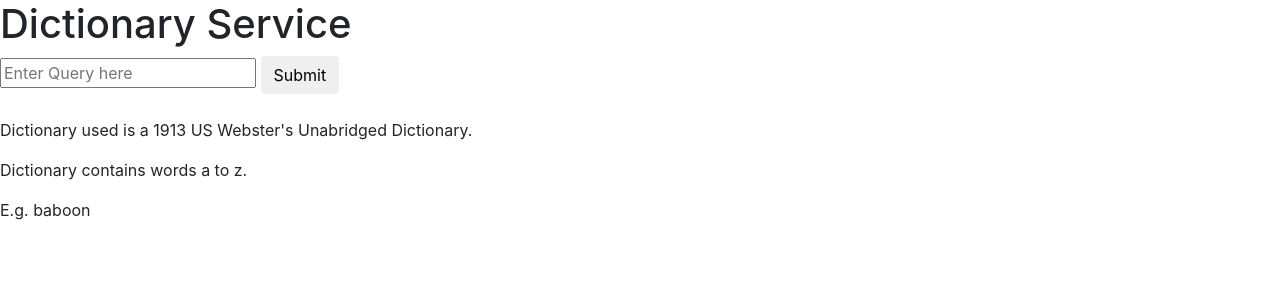
Repository: IanBurke1/AsyncRMI_DictionaryService
Page: http://localhost/AsyncRMI_DictionaryService/index.jsp
The author's editor kept a copy of each file at every save. The page is drawn from the files as they stood at one save, then again after the next save.
The browser window is 1280 px wide. The pictures show the whole page.
The page is served by Tomcat 9. Nobody is signed in. The application's start-up code is not run. Other server files are loaded and not shown.

Above is the page before, as saved 2017-12-22 22:50:02.

### AsyncRMI_DictionaryService/WebContent/index.jsp
<%@ page language="java" contentType="text/html; charset=ISO-8859-1"
    pageEncoding="ISO-8859-1"%>
<!DOCTYPE html PUBLIC "-//W3C//DTD HTML 4.01 Transitional//EN" "http://www.w3.org/TR/html4/loose.dtd">
<html>
<head>
<meta http-equiv="Content-Type" content="text/html; charset=ISO-8859-1">
<title>Dictionary LookUp</title>
<!-- Bootstrap CSS -->
<link rel="stylesheet" href="https://maxcdn.bootstrapcdn.com/bootstrap/4.0.0-beta.2/css/bootstrap.min.css" integrity="sha384-PsH8R72JQ3SOdhVi3uxftmaW6Vc51MKb0q5P2rRUpPvrszuE4W1povHYgTpBfshb" crossorigin="anonymous">
</head>
<body>
<h1>Dictionary Service</h1>
<form action="DictionaryServlet" method="post">

    <input name="query" placeholder="Enter Query here">
  <button type="submit" class="btn btn-default">Submit</button>
</form>
<br/>
<p>Dictionary used is a 1913 US Webster's Unabridged Dictionary. </p>
<p> Dictionary contains words a to z.</p>
<p>E.g. baboon </p>

<br/>
<!--
<h1>Delete Word</h1>
<form action="DictionaryServlet" method="post">

    <input name="delete" placeholder="Enter word here">
  <button type="submit" class="btn btn-default">Submit</button>
</form>
-->
</body>
</html>

After the next save:
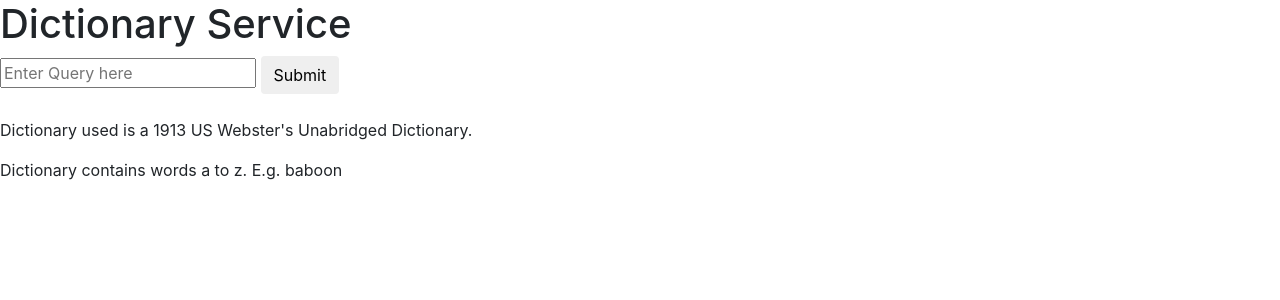
Saved 2 min 17 s later.
--- a/AsyncRMI_DictionaryService/WebContent/index.jsp
+++ b/AsyncRMI_DictionaryService/WebContent/index.jsp
@@ -17,8 +17,7 @@
 </form>
 <br/>
 <p>Dictionary used is a 1913 US Webster's Unabridged Dictionary. </p>
-<p> Dictionary contains words a to z.</p>
-<p>E.g. baboon </p>
+<p> Dictionary contains words a to z. E.g. baboon</p>
 
 <br/>
 <!--
